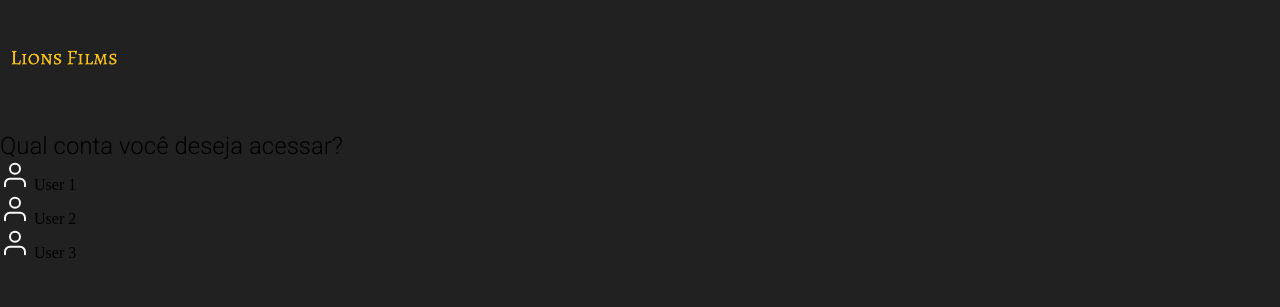
Repository: Leonngc/streaming-project
Page: index.html
These files come from the project's save history. The page is drawn as it stood at one moment and after the next save; the edit follows.
The browser window is 1280 px wide. The pictures show the whole page.
The style sheet was rebuilt from its Sass, Less or Tailwind sources for each picture, by a compiler version that may differ from the author's.

Above is the page before, as saved 2023-09-01 20:16:16.

### index.html
<!DOCTYPE html>
<html lang="pt">
<head>
    <meta charset="UTF-8">
    <meta name="viewport" content="width=device-width, initial-scale=1.0">
    <title>Tela de Login</title>
    <link rel="stylesheet" href="styles/style.css">
</head>
<body>
    <header>
        <img src="streaming-assets/logo.png" alt="" class="logo small-container">
    </header>
    <main>
        <h1 class="roboto f300 font-title">Qual conta você deseja acessar?</h1>
        <div class="user-container">
            <div class="users">
                <img src="streaming-assets/user.svg" alt="">
                <span>User 1</span>
            </div>
            <div class="users">
                <img src="streaming-assets/user.svg" alt="">
                <Span>User 2</Span>
            </div>
            <div class="users">
                <img src="streaming-assets/user.svg" alt="">
                <span>User 3</span>
            </div>
        </div>
    </main>
</body>
</html>

### styles/style.scss
@use "_core.scss";

*{
    padding: 0;
    margin: 0;
    box-sizing: border-box;
}

body{
    background-color: core.$eerie-black;
}

### styles/_core.scss
//CDN Google Fonts
@import url('https://fonts.googleapis.com/css2?family=Roboto:ital,wght@0,100;0,300;0,400;0,500;0,700;0,900;1,100;1,300;1,400;1,500;1,700;1,900&display=swap');
// CORES

$yellow-amber: #ffc107;
$eerie-black: #212121;
$white: #fff;
$pigment-green: #4CAF50;
$giants-orange: #FF5722;

// Fonts
.roboto{ font-family: Roboto, 'sans-serif';}
.font-small{font-size:.8rem;}
.font-base{font-size: 1rem;}
.font-title{ font-size: 1.5rem;}

.f100{font-weight: 100;}
.f200{font-weight: 200;}
.f300{font-weight: 300;}
.f400{font-weight: 400;}
.f500{font-weight: 500;}
.bold{font-weight: bold;}
.lighter{font-weight: lighter;}
// Tamanhos
    // Widths
.small-container{width:10vw;}
.midle-container{width:50vw;}
.max-container{width:100vw;}

    // heights
.small-height{height:30vh;}
.midle-height{height:50vh;}
.max-height{height: 100vh;}

After the next save:
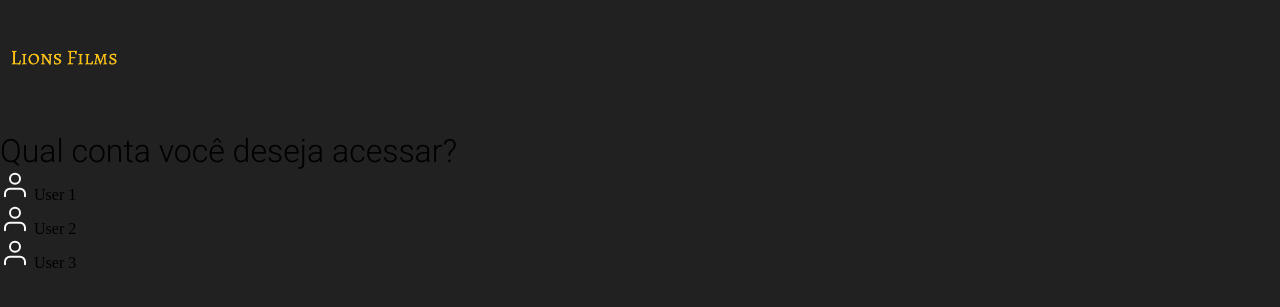
Saved 11 s later.
--- a/styles/_core.scss
+++ b/styles/_core.scss
@@ -12,7 +12,7 @@ $giants-orange: #FF5722;
 .roboto{ font-family: Roboto, 'sans-serif';}
 .font-small{font-size:.8rem;}
 .font-base{font-size: 1rem;}
-.font-title{ font-size: 1.5rem;}
+.font-title{ font-size: 2rem;}
 
 .f100{font-weight: 100;}
 .f200{font-weight: 200;}
